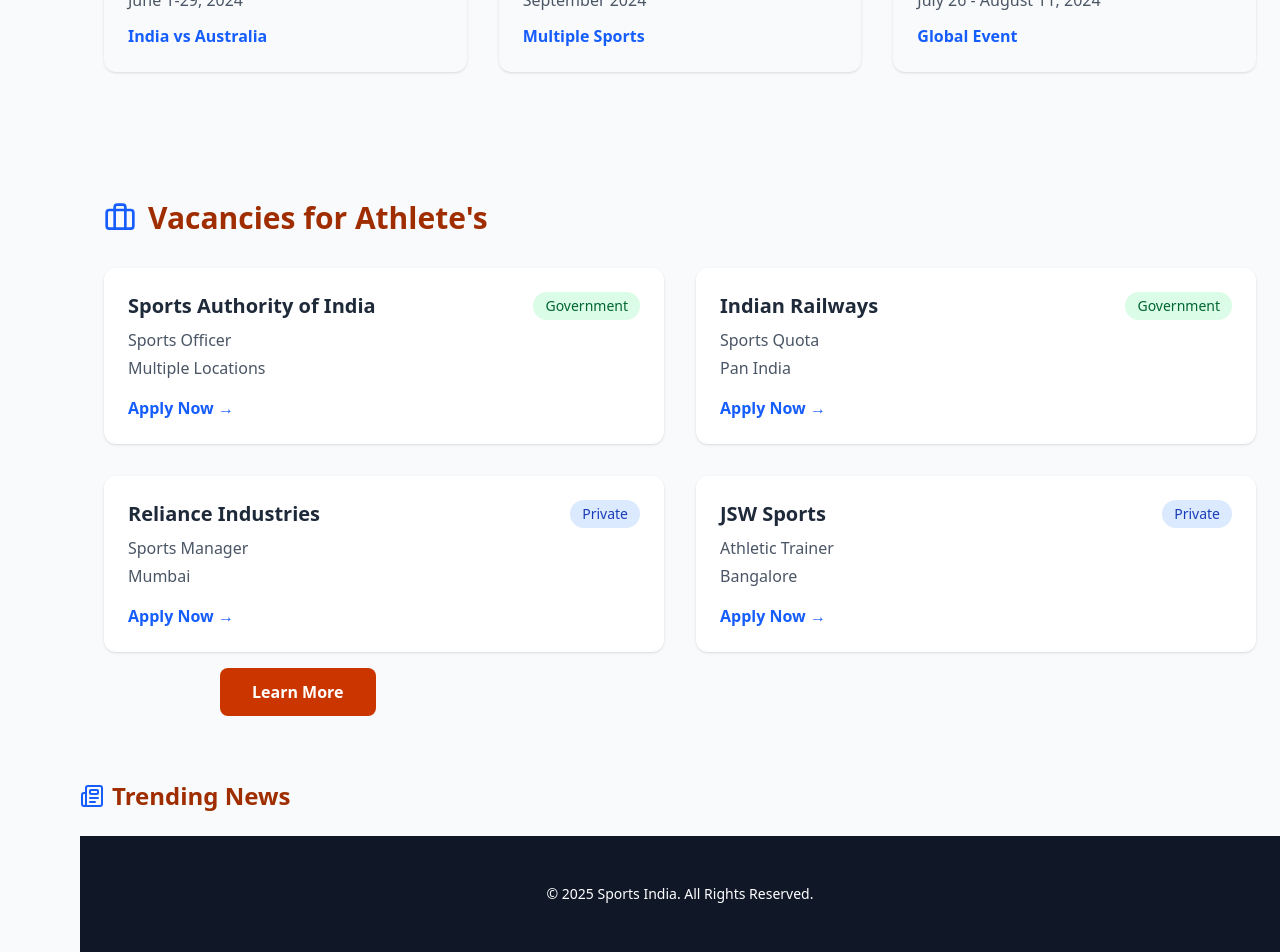
Repository: Shovon0004/Athlete
Page: / (app in Athlete/)
An editor plug-in stored every save of this project. The page is shown before and after a run of saves, followed by the edit.
The browser window is 1280 px wide. The pictures show the part of the page from y = 832 to 1784 px (the page is 1784 px tall).
The page's requests for data from a server got no answer. The project was rebuilt for these pictures with package versions that can differ from the ones it lists, and the page was loaded fresh each time. No one was signed in, and anything a server would have sent is missing. Also part of the build but not shown: Athlete/vite.config.js.

Above is the page before, as saved 2025-01-26 14:04:20.

### Athlete/src/App.jsx
import { useState } from 'react'
import SideNavbar from './components/SideNavbar'
import HeroPage from './components/HeroPage'

import './App.css'

function App() {


  return (
    <>
      <SideNavbar />
      <HeroPage />
    </>
  )
}

export default App

### Athlete/src/components/SideNavbar.jsx
import React, { useState } from 'react';
import {
  Home,
  User,
  BarChart2,
  Shield,
  DollarSign,
  Menu
} from 'lucide-react';

const SideNavbar = () => {
  const [isExpanded, setIsExpanded] = useState(false);

  const navItems = [
    { icon: Home, label: 'Dashboard', href: '/' },
    { icon: User, label: 'Athletes', href: '/athletes' },
    { icon: BarChart2, label: 'Performance', href: '/performance' },
    { icon: Shield, label: 'Injuries', href: '/injuries' },
    { icon: DollarSign, label: 'Financial', href: '/financial' }
  ];

  return (
    <div
      className={`h-screen bg-gray-900 text-white transition-all duration-300
        ${isExpanded ? 'w-64' : 'w-20'} fixed left-0 top-0 z-50`}
    >
      <div className="flex flex-col h-full">
        {/* Logo & Toggle */}
        <div className="flex items-center justify-between p-4  border-orange-700">
          {isExpanded && (
            <div className="text-xl font-bold">Athlete Hub</div>
          )}
          <button
            onClick={() => setIsExpanded(!isExpanded)}
            className="hover:bg-orange-700 p-2 rounded"
          >
            <Menu />
          </button>
        </div>

        {/* Navigation Items */}
        <nav className="flex-grow mt-4">
          <ul className="space-y-2">
            {navItems.map((item, index) => (
              <li key={index}>
                <a
                  href={item.href}
                  className={`flex items-center p-3 hover:bg-orange-700
                    ${isExpanded ? 'justify-start px-6' : 'justify-center'}`}
                >
                  <item.icon className="mr-4" />
                  {isExpanded && <span>{item.label}</span>}
                </a>
              </li>
            ))}
          </ul>
        </nav>
      </div>
    </div>
  );
};

export default SideNavbar;

### Athlete/src/components/HeroPage.jsx
import React from 'react';
import { ChevronLeft, ChevronRight, Medal, Calendar, Briefcase } from 'lucide-react';
import axios from 'axios';

import SportsPage from './SportsPage';

const schemes = [
  {
    title: "Khelo India Youth Games",
    description: "Supporting young athletes with annual scholarships of ₹5 lakhs",
    image: "https://images.unsplash.com/photo-1461896836934-ffe607ba8211?auto=format&fit=crop&q=80&w=2070"
  },
  {
    title: "Target Olympic Podium Scheme (TOPS)",
    description: "Elite athlete support program for Olympic preparation",
    image: "https://www.manoramayearbook.in/content/dam/yearbook/learn/world/images/2020/mar/Olympics-2021.jpg"
  },
  {
    title: "National Sports Development Fund",
    description: "Financial assistance for sports infrastructure and training",
    image: "https://images.unsplash.com/photo-1517649763962-0c623066013b?auto=format&fit=crop&q=80&w=2070"
  }
];

const upcomingMatches = [
  {
    event: "ICC T20 World Cup 2024",
    location: "West Indies & USA",
    date: "June 1-29, 2024",
    teams: "India vs Australia"
  },
  {
    event: "Asian Games 2024",
    location: "Aichi-Nagoya, Japan",
    date: "September 2024",
    teams: "Multiple Sports"
  },
  {
    event: "Paris Olympics 2024",
    location: "Paris, France",
    date: "July 26 - August 11, 2024",
    teams: "Global Event"
  }
];

const jobOpportunities = [
  {
    company: "Sports Authority of India",
    position: "Sports Officer",
    type: "Government",
    location: "Multiple Locations"
  },
  {
    company: "Indian Railways",
    position: "Sports Quota",
    type: "Government",
    location: "Pan India"
  },
  {
    company: "Reliance Industries",
    position: "Sports Manager",
    type: "Private",
    location: "Mumbai"
  },
  {
    company: "JSW Sports",
    position: "Athletic Trainer",
    type: "Private",
    location: "Bangalore"
  }
];

function HeroPage() {
  const [currentScheme, setCurrentScheme] = React.useState(0);

  const nextScheme = () => {
    setCurrentScheme((prev) => (prev + 1) % schemes.length);
  };

  const prevScheme = () => {
    setCurrentScheme((prev) => (prev - 1 + schemes.length) % schemes.length);
  };


  return (
    <div className="min-h-screen bg-gray-50 pl-20 dark:bg-gray-900">
      {/* Hero Section with Schemes Slider */}
      <div className="relative h-[600px] overflow-hidden ">
        <div
          className="absolute inset-0 transition-transform duration-500 ease-in-out"
          style={{
            backgroundImage: `url(${schemes[currentScheme].image})`,
            backgroundSize: 'cover',
            backgroundPosition: 'center',
          }}
        >
          <div className="absolute inset-0  bg-opacity-50">
            <div className="container mx-auto px-6 h-full flex items-center">
              <div className="text-white max-w-3xl">
                <h1 className="text-5xl font-bold mb-4 ml-35">{schemes[currentScheme].title}</h1>
                <p className="text-xl mb-8 ml-35">{schemes[currentScheme].description}</p>
                <button className="bg-orange-700 hover:bg-orange-800 ml-35 text-white px-8 py-3 rounded-lg font-semibold">
                  Learn More
                </button>
              </div>
            </div>
          </div>
        </div>
        <button
          onClick={prevScheme}
          className="absolute left-4 top-1/2 -translate-y-1/2 bg-white/30 p-2 rounded-full hover:bg-white/50 transition-colors"
        >
          <ChevronLeft className="w-6 h-6 text-white" />
        </button>
        <button
          onClick={nextScheme}
          className="absolute right-4 top-1/2 -translate-y-1/2 bg-white/30 p-2 rounded-full hover:bg-white/50 transition-colors"
        >
          <ChevronRight className="w-6 h-6 text-white" />
        </button>
      </div>

      {/* Upcoming Matches Section */}
      <section className="py-16 ">
        <div className="container mx-auto px-6">
          <div className="flex items-center mb-8">
            <Calendar className="w-8 h-8 text-blue-600 mr-3" />
            <h2 className="text-3xl font-bold text-orange-800">Upcoming Matches</h2>
          </div>
          <div className="grid md:grid-cols-3 gap-8">
            {upcomingMatches.map((match, index) => (
              <div key={index} className="bg-gray-50 rounded-xl p-6 shadow-sm hover:shadow-md transition-shadow">
                <h3 className="text-xl font-semibold text-gray-800 mb-2">{match.event}</h3>
                <p className="text-gray-600 mb-1">{match.location}</p>
                <p className="text-gray-600 mb-3">{match.date}</p>
                <p className="text-blue-600 font-semibold">{match.teams}</p>
              </div>
            ))}
          </div>
        </div>
      </section>

      {/* Career Opportunities Section */}
      <section className="py-16 bg-gray-50 dark:bg-gray-900">
        <div className="container mx-auto px-6 ">
          <div className="flex items-center mb-8 ">
            <Briefcase className="w-8 h-8 text-blue-600 mr-3" />
            <h2 className="text-3xl font-bold text-orange-800">Vacancies for Athlete's</h2>
          </div>
          <div className="grid md:grid-cols-2 gap-8 ">
            {jobOpportunities.map((job, index) => (
              <div key={index} className="bg-white rounded-xl p-6 shadow-sm hover:shadow-md transition-shadow">
                <div className="flex justify-between items-start">
                  <div>
                    <h3 className="text-xl font-semibold text-gray-800 mb-2">{job.company}</h3>
                    <p className="text-gray-600 mb-1">{job.position}</p>
                    <p className="text-gray-600">{job.location}</p>
                  </div>
                  <span className={`px-3 py-1 rounded-full text-sm font-medium ${
                    job.type === 'Government' ? 'bg-green-100 text-green-800' : 'bg-blue-100 text-blue-800'
                  }`}>
                    {job.type}
                  </span>
                </div>
                <button className="mt-4 text-blue-600 font-semibold hover:text-blue-700">
                  Apply Now →
                </button>
              </div>
            ))}
          </div>

        </div>
        <button className="bg-orange-700 mt-4 hover:bg-orange-800 ml-35 text-white px-8 py-3 rounded-lg font-semibold">
                  Learn More
                </button>
      </section>

      <SportsPage />
      <footer className="bg-gray-900 text-white py-8">
      {/* Footer Bottom */}
      <div className="bg-gray-900 text-center py-4">
        <p className="text-sm">© 2025 Sports India. All Rights Reserved.</p>
        </div>

    </footer>
    </div>
  );
}

export default HeroPage;

### Athlete/src/components/SportsPage.jsx
import React, { useState, useEffect } from 'react';
import News from './News';
import { Newspaper} from 'lucide-react';

const SportsPage = () => {
  const [headlines, setHeadlines] = useState([]);

  useEffect(() => {
    fetch('https://newsapi.org/v2/top-headlines?country=us&category=sports&apiKey=968ed8d338864e7cb30985681a6b4893')
      .then(response => response.json())
      .then(data => setHeadlines(data.articles));
  }, []);

  return (
    <div>
      <div className="flex items-center mb-6">
        <Newspaper className="w-6 h-6 text-blue-600 mr-2" />
        <h2 className="text-2xl font-bold text-orange-800">Trending News</h2>
      </div>
      <News headlines={headlines} />
    </div>
  );
};

export default SportsPage;

### Athlete/src/components/News.jsx
import React from 'react';

const NewsContainer = ({ headlines }) => (
  <div className="container mx-auto grid grid-cols-1 sm:grid-cols-2 md:grid-cols-3 gap-6">
    {headlines.slice(0, 6).map(({ title, author, url, description, urlToImage }, i) => (
      <NewsArticle key={i} title={title} author={author} url={url} description={description} urlToImage={urlToImage} />
    ))}
  </div>
);

const NewsArticle = ({ title, author, url, description, urlToImage }) => (
  <div className="bg-white shadow-lg rounded-lg p-4">
    <a href={url} target="_blank" rel="noopener noreferrer" className="hover:text-blue-500 transition-colors">
      {urlToImage && (
        <img src={urlToImage} alt={title} className="mb-4 w-full rounded-t-lg" />
      )}
      <h3 className="text-lg font-medium mb-2">{title}</h3>
    </a>
    <p className="text-gray-500 mb-2">{author}</p>
    <p className="text-gray-700 line-clamp-3">{description}</p>
  </div>
);

export default NewsContainer;

Loaded but not shown: Athlete/index.html (common file); Athlete/src/main.jsx (common file); Athlete/src/index.css (common file); Athlete/src/App.css (common file)

After the next 2 saves:
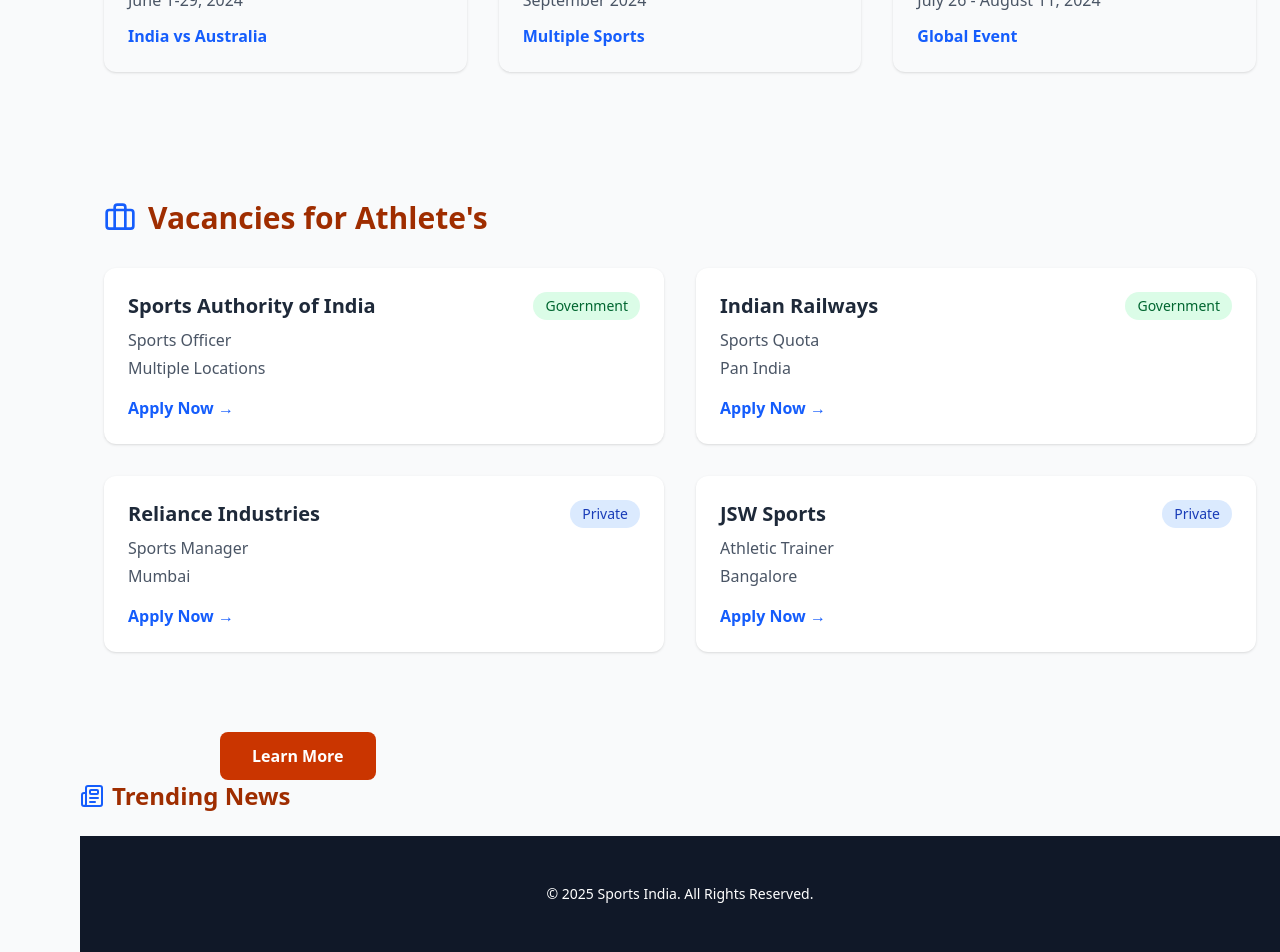
The 2 saves are shown as one change because they came seconds apart.
The last was saved 19 s later.
--- a/Athlete/src/components/HeroPage.jsx
+++ b/Athlete/src/components/HeroPage.jsx
@@ -170,10 +170,11 @@
           </div>
 
         </div>
-        <button className="bg-orange-700 mt-4 hover:bg-orange-800 ml-35 text-white px-8 py-3 rounded-lg font-semibold">
+
+      </section>
+      <button className="bg-orange-700 mt-4 hover:bg-orange-800 ml-35 text-white px-8 py-3 rounded-lg font-semibold">
                   Learn More
                 </button>
-      </section>
 
       <SportsPage />
       <footer className="bg-gray-900 text-white py-8">

After the save that followed:
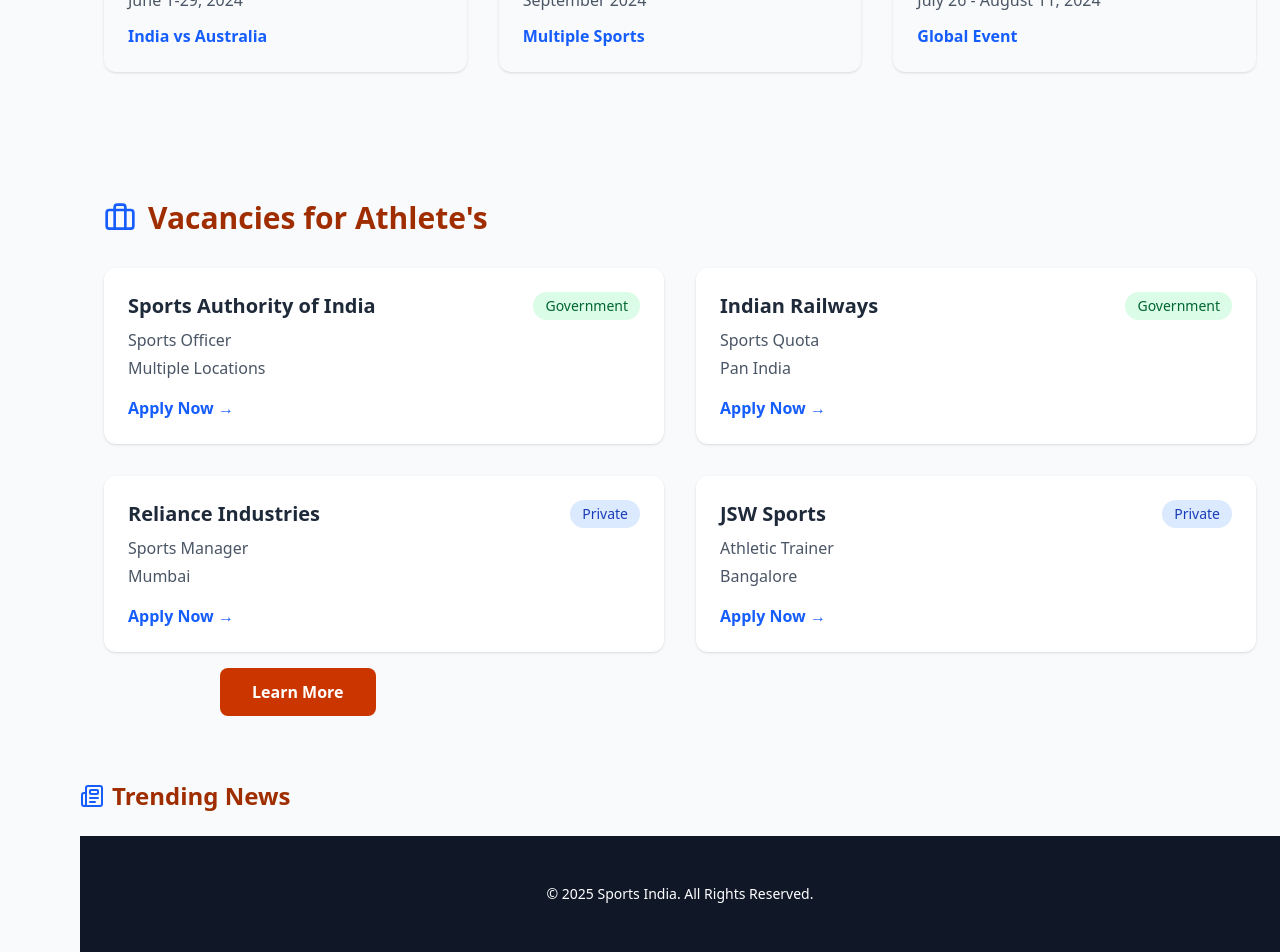
Saved 14 s later.
--- a/Athlete/src/components/HeroPage.jsx
+++ b/Athlete/src/components/HeroPage.jsx
@@ -170,11 +170,10 @@
           </div>
 
         </div>
-
-      </section>
-      <button className="bg-orange-700 mt-4 hover:bg-orange-800 ml-35 text-white px-8 py-3 rounded-lg font-semibold">
+        <button className="bg-orange-700 mt-4 hover:bg-orange-800 ml-35 text-white px-8 py-3 rounded-lg font-semibold">
                   Learn More
                 </button>
+      </section>
 
       <SportsPage />
       <footer className="bg-gray-900 text-white py-8">
